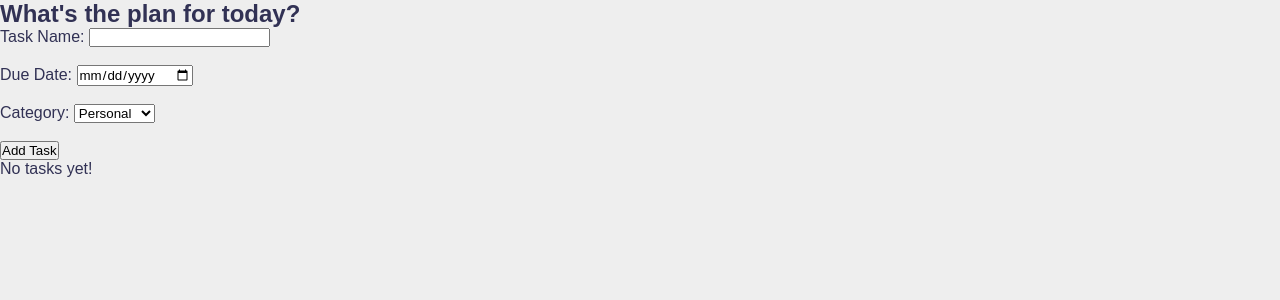
Repository: comp426-2023-spring/a99-SnowPile
Page: http://localhost/
The author's editor kept a copy of each file at every save. The page is drawn from the files as they stood at one save, then again after the next save.
The browser window is 1280 px wide. The pictures show the whole page.
Some web fonts or font styles are not loaded; a fallback is used. The page is served by the project's Node server (app.js).

Above is the page before, as saved 2023-04-15 21:04:43.

### frontend/views/index.ejs
<!DOCTYPE html>
<html>
  <head>
    <title>Todo List</title>
    <!-- CSS import -->
    <link rel="stylesheet" type="text/css" href="/style.css"/>
  </head>
  <body>
    <!-- Greeting -->
    <section class="greeting">
      <h2>What's the plan for today?</h2>
    </section>


    <form action="/addTask" method="POST">
      <label for="taskName">Task Name:</label>
      <input type="text" id="taskName" name="taskName" required><br><br>

      <label for="dueDate">Due Date:</label>
      <input type="date" id="dueDate" name="dueDate" required><br><br>

      <label for="category">Category:</label>
      <select id="category" name="category">
        <option value="Personal">Personal</option>
        <option value="Academic">Academic</option>
        <option value="Work">Work</option>
      </select><br><br>

      <input type="submit" value="Add Task">
    </form>

    <% if (tasks.length === 0) { %>
      <p>No tasks yet!</p>
    <% } else { %>
      <table>
        <tr>
          <th>Task Name</th>
          <th>Due Date</th>
          <th>Category</th>
          <th>Edit</th>
        </tr>
        <% for (let i = 0; i < tasks.length; i++) { %>
          <tr>
            <td><%= tasks[i].name %></td>
            <td><%= tasks[i].due %></td>
            <td><%= tasks[i].category %></td>
            <td>
              <form action="/editTask/<%= i %>" method="POST">
                <input type="text" name="taskName" value="<%= tasks[i].name %>" required>
                <input type="date" name="dueDate" value="<%= tasks[i].due %>" required>
                <input type="submit" value="Edit">
              </form>
            </td>
          </tr>
        <% } %>
      </table>
    <% } %>
  </body>
</html>

### frontend/app.js
const express = require('express');
const bodyParser = require('body-parser');
const app = express();
const port = 3000;

// set up body-parser middleware
app.use(bodyParser.urlencoded({ extended: false }));

// set up view engine
app.set('view engine', 'ejs');

// set up static folder
app.use(express.static('public'));

// initialize tasks array
let tasks = [];

// render index page with tasks array
app.get('/', (req, res) => {
  res.render('index', { tasks: tasks });
});

// create new task and add to tasks array
app.post('/addTask', (req, res) => {
  const taskName = req.body.taskName;
  const dueDate = req.body.dueDate;
  const category = req.body.category;

  const newTask = {
    name: taskName,
    due: dueDate,
    category: category,
  };

  tasks.push(newTask);
  res.redirect('/');
});

// edit existing task
app.post('/editTask/:id', (req, res) => {
  const id = req.params.id;
  const taskName = req.body.taskName;
  const dueDate = req.body.dueDate;

  tasks[id].name = taskName;
  tasks[id].due = dueDate;

  res.redirect('/');
});

// start server
app.listen(port, () => {
  console.log(`App listening at http://localhost:${port}`);
});

### frontend/public/style.css
* {
	margin: 0;
	padding: 0;
	box-sizing: border-box;
	font-family: 'montserrat', sans-serif;
}

body {
	background: #EEE;
	color: #313154;

}
h2{
    color: #313154;
}

After the next save:
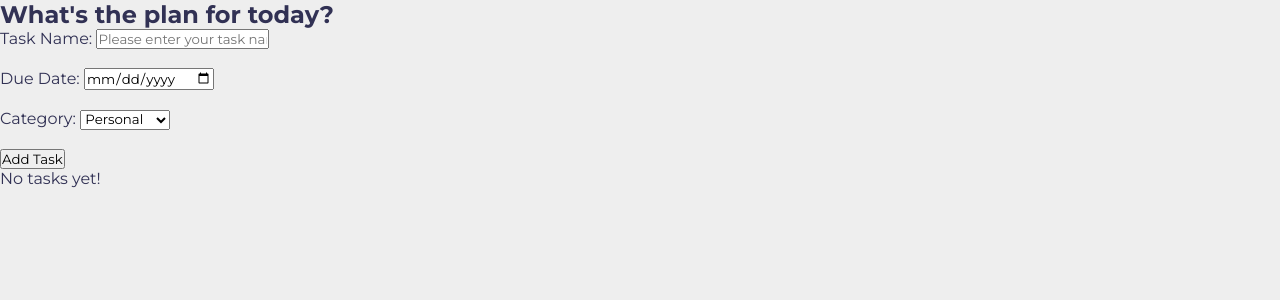
Saved 2 min 54 s later.
--- a/frontend/views/index.ejs
+++ b/frontend/views/index.ejs
@@ -4,6 +4,11 @@
     <title>Todo List</title>
     <!-- CSS import -->
     <link rel="stylesheet" type="text/css" href="/style.css"/>
+
+    <!-- Set font -->
+    <link rel="preconnect" href="https://fonts.googleapis.com">
+    <link rel="preconnect" href="https://fonts.gstatic.com" crossorigin>
+    <link href="https://fonts.googleapis.com/css2?family=Fira+Sans:ital,wght@0,400;0,700;0,900;1,400&family=Montserrat:ital,wght@0,400;0,700;0,900;1,400&display=swap" rel="stylesheet">
   </head>
   <body>
     <!-- Greeting -->
@@ -12,9 +17,11 @@
     </section>
 
 
+    <!-- New Todo -->
+    <section class="create-todo"></section>
     <form action="/addTask" method="POST">
       <label for="taskName">Task Name:</label>
-      <input type="text" id="taskName" name="taskName" required><br><br>
+      <input type="text" placeholder="Please enter your task name" id="taskName" name="taskName" required><br><br>
 
       <label for="dueDate">Due Date:</label>
       <input type="date" id="dueDate" name="dueDate" required><br><br>
@@ -28,6 +35,7 @@
 
       <input type="submit" value="Add Task">
     </form>
+  </section>
 
     <% if (tasks.length === 0) { %>
       <p>No tasks yet!</p>
